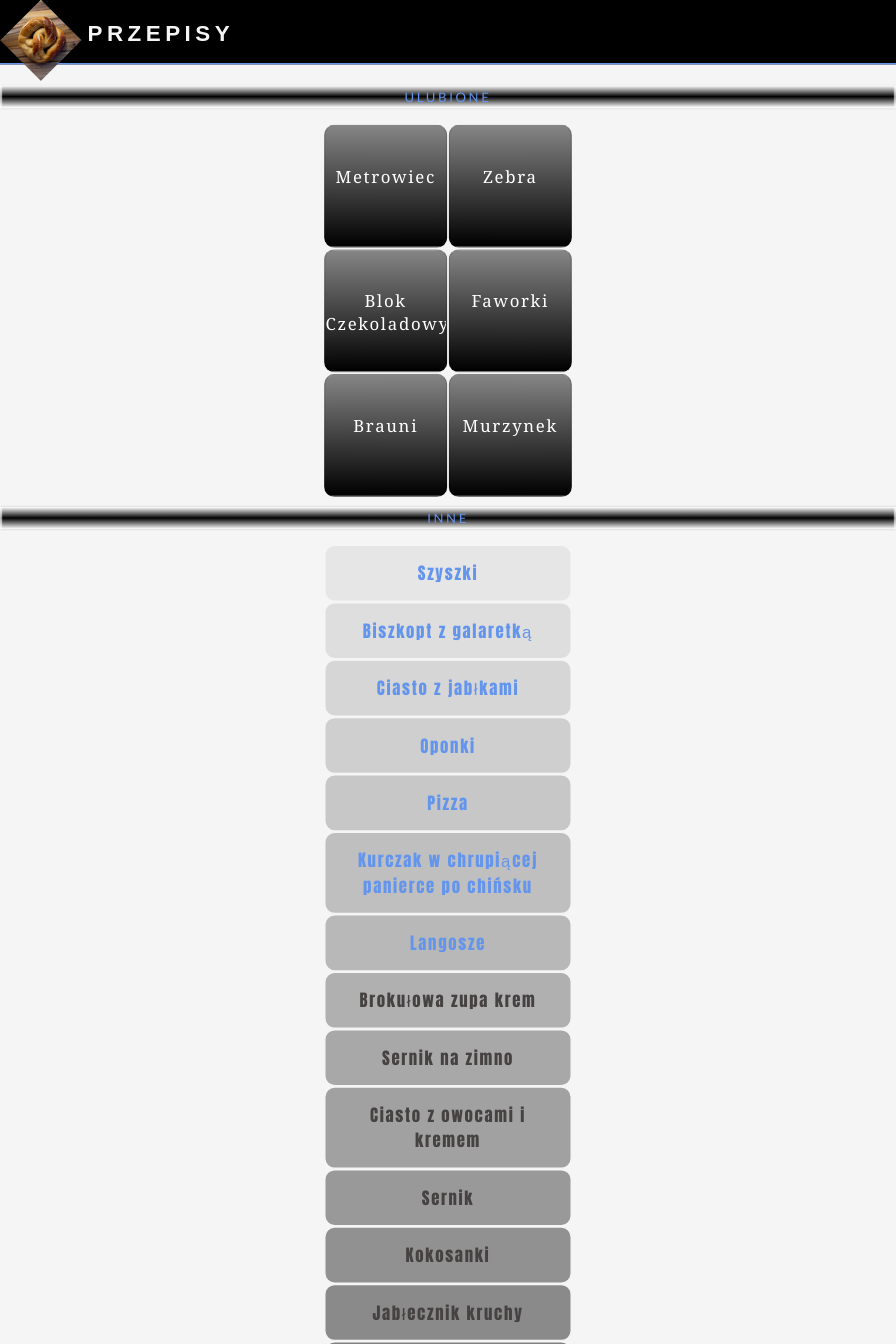
Repository: yaoayh/przepisy
Page: index.html
An editor plug-in stored every save of this project. The page is shown before and after the next save, followed by the edit.
The browser window is 1280 px wide. The pictures show the part of the page from y = 0 to 1920 px (the page is 3159 px tall), at 70% of full size.

Above is the page before, as saved 2020-08-14 00:43:13.

### index.html
<!DOCTYPE html>
<html>
    <head>
        <title>Przepisy</title>

        <meta charset="UTF-8">
        <meta name="viewport" content="width=device-width,
        initial-scale=1.0">
        <meta name="author" content="Dawid Litwin">

        <link rel="shortcut icon" href="images/icon.jpg">

        <link href="css/styles.css" type="text/css"
        rel="stylesheet" />
    </head>

    <body>
        <!--                HEADER                           -->
        <div id="header">
            <div class="picture">
                <a href="#top"><img src="images/precel.jpg" alt="precel"
                title="obrazek przedstawiajacy precel"
                width= "82,8" height= "82,8"></a>
            </div>
        <h1>Przepisy</h1>
        </div>


        <!--                    INFO 1                       -->

        <div class="info_Nr1">
            <h3>Ulubione</h3>
        </div>
        <!--                    SQARES                       -->

        <form class="head_Sqares">
            <!----------------------------------------------------------------------------------------------------------------------------------------------------------------------->
            <a class="m1" href="podstrony/metrowiec.html">
            <div class="sqares_Left">
                <p class="favorites">Metrowiec
                </p>
            </div></a>
            <a href="podstrony/Zebra.htm">
            <div class="sqares_Right">
                <p class="favorites">Zebra</p>
            </div></a>
            <!---->
            <a href="podstrony/blok_Czekoladowy.html"><div class="sqares_Left">
                <p class="bigger">Blok Czekoladowy</p>
            </div></a>
            <a href="podstrony/faworki.html"><div class="sqares_Right">
                <p>Faworki</p>
            </div></a>
            <!---->
            <a href="podstrony/brauni.html"> <div class="sqares_Left">
                <p>Brauni</p>
            </div></a>
            <a href="podstrony/murzynek.html"><div class="sqares_Right">
                <p>Murzynek</p>
            </div></a>
            <!----------------------------------------------------------------------------------------------------------------------------------------------------------------------->
        </form>
        <div class="info_Nr2">
            <h3>Inne</h3>
        </div>
        <!--            CZEŚĆ DRUGA                          -->

        <form class="main2">
            <a href="podstrony/szyszki.html"><div class="n1"><p class="p1">Szyszki</p></div></a>
            <a href="podstrony/biszkopt_z_galaretką.html"><div class="n2"><p class="p1">Biszkopt z galaretką</p></div></a>
            <a href="podstrony/ciasto_z_jablkami.html"><div class="n3"><p class="p1">Ciasto z jabłkami</p></div></a>
            <a href="podstrony/oponki.html"><div class="n4"><p class="p1">Oponki</p></div></a>
            <a href="podstrony/pizza.html"><div class="n5"><p class="p1">Pizza</p></div></a>
            <a href="podstrony/kurczak_po_chinsku.html"><div class="n6"><p class="p1">Kurczak w chrupiącej panierce po chińsku</p></div></a>
            <a href="podstrony/langosze.html"><div class="n7"><p class="p1">Langosze</p></div></a>
            <a href="podstrony/brokulowa_zupa_krem.html"><div class="n8"><p class="p1_Shadow">Brokułowa zupa krem</p></div></a>
            <a href="podstrony/sernik_na_zimno.html"><div class="n9"><p class="p1_Shadow">Sernik na zimno</p></div></a>
            <a href="podstrony/ciasto_z_owocami_i_kremem.html"><div class="n10"><p class="p1_Shadow">Ciasto z owocami i kremem</p></div></a>
            <a href="podstrony/sernik.html"><div class="n11"><p class="p1_Shadow">Sernik</p></div></a>
            <a href="podstrony/kokosanki.html"><div class="n12"><p class="p1_Shadow">Kokosanki</p></div></a>
            <a href="podstrony/jablecznik_kruchy.html"><div class="n13"><p class="p1_Shadow">Jabłecznik kruchy</p></div></a>
            <a href="podstrony/ciasto_kasi.html"><div class="n14"><p class="p1_Shadow">Ciasto Kasi</p></div></a>
            <a href="podstrony/ciasto_ucierane.html"><div class="n15"><p class="p1">Ciasto ucierane z owocami</p></div></a>
            <a href="podstrony/gofry.html"><div class="n16"><p class="p1">Gofry</p></div></a>
            <a href="podstrony/brauni.html"><div class="n17"><p class="p1">Brauni Kasi</p></div></a>
            <a href="podstrony/salatka_francuska.html"><div class="n18"><p class="p1">Sałatka francuska</p></div></a>
            <a href="podstrony/botwina.html"><div class="n19"><p class="p1">Botwina</p></div></a>
            <a href="podstrony/nalewka.html"><div class="n20"><p class="p1">Nalewka</p></div></a>
            <a href="podstrony/salatka_zolta.html"><div class="n21"><p class="p1">Sałatka żółta</p></div></a>
            <a href="podstrony/ogorki_konserwowe.html"><div class="n22"><p class="p1">Ogórki konserwowe</p></div></a>
            <a href="podstrony/zacierki.html"><div class="n23"><p class="p1">Zacierki</p></div></a>
            <div class="n24"><p class="p1">Zupa serowa z pulpetami</p></div>
            <a href="podstrony/sos_beszamelowy_zapiekany.html"><div class="n25"><p class="p1">Sos beszamelowy Zapiekany</p></div></a>
            <a href="podstrony/kurczak_z_antylii.html">
                <div class="n26">
                    <p class="p1">Kurczak z Antylii</p>
                </div>
            </a>
            <br>

        </form>
        <br><br><br>

        <!--            PRAWA AUTORIESKIE                    -->

        <form class="bottom">
            <strong> <q>Precel</q>
                by <a class="a_Bottom" href="https://www.flickr.com/photos/ajay_suresh/">ajay_suresh</a>
        </strong>
        </form>


    </body>
</html>

### css/styles.css

html{overflow: scroll;}
body {
    height: auto;
	margin: 0px;
    background-color: whitesmoke;
}

/*                      Nagłówek                    */
body.body_Undersite{
    padding: 5px;
}
#header {
    top: 0px;
    width: 100%;
    height: 90px;
    position: fixed;
    background-color: black;
    border-bottom: 2px solid cornflowerblue;}

.picture{
    margin: 16px;
    float: left;
    width: 82px;
    transform: rotate(45deg);}

h1 {
    text-transform: uppercase;
    font-family: Arial, Helvetica, sans-serif;
    letter-spacing: 0.2em;
    font-style: normal;
    color: whitesmoke;
    padding: 30px 30px 30px 15px;
    margin-left: 110px;
    margin-top: 0px;}


/*                  CZESC II                    */
form.main2{
    margin: auto;
    height: auto; /*531px;*/
    width: 354px;/*354px;*/
    background-color: whitesmoke;
    padding: 5px;}
.info_Nr1, .info_Nr2{
    background-image: linear-gradient( whitesmoke,black, whitesmoke);
    border: 12px 12px 12px 12px;
    border-color: white;
    border-style: double;
    text-align: center;
    margin-top: 120px;
    margin-bottom: 15px;
}

h3 {
    font-weight: normal;
    color: cornflowerblue;
    font-family: "Gill Sans", Arial, sans-serif;
    text-transform: uppercase;
    text-align: center;
    padding: 4px;
    margin: 0px;
    letter-spacing: 0.2em;}

/*                      BLOKI                   */

form.head_Sqares {
    margin: auto;
    height: 531px; /*531px;*/
    width: 354px;/*354px;*/
    background-color: whitesmoke;
    padding: 5px;}

.sqares_Left, .sqares_Right {
    text-decoration: none;
    border-radius: 15px;
    margin-top: 2px;
    width: 172px;
    height: 172px;
    background-image: linear-gradient(rgb(133, 133, 133), black);
    color: white;
    overflow: auto;
    border: 2px solid rgba(0, 0, 0, .1);
    border-top: 2px solid rgb(133, 133, 133);

}
.sqares_Left{
    float: left;
    }
/* .first_Choice{color: cornflowerblue;} */
.sqares_Right{
    float: right ;
    clear: right;}
p {

    border-radius: 5px;
    text-decoration: none;
    padding-top: 55px;
    text-align: center;
    font-family: Georgia, 'Times New Roman', Times, serif;
    font-size: x-large;
    letter-spacing: 0.10em;
    margin:0px;}
p.p1_Shadow{padding: 21px; color: rgb(70, 66, 66);
    font-family: Impact, Haettenschweiler, 'Arial Narrow Bold', sans-serif;
text-decoration: none;}
p.p1{
    font-family: Impact, Haettenschweiler, 'Arial Narrow Bold', sans-serif;
    text-decoration: none;
    padding: 21px;
    color: cornflowerblue;}
#bigger {
    font-size: 9px;
    padding: 0px 0px;}
.info_Nr2 {margin-top: 10px;}

.n1,.n2,.n3,.n4,.n5,.n6,.n7,.n8,.n9,.n10,.n11,.n12,.n13,.n14,.n15,.n16,.n17,.n18,.n19,.n20,.n21,.n22,.n23,.n24,.n25,.n26,.n27{
    border-radius: 15px;
    border: 2px solid whitesmoke;
    clear: both;}
div.n1 {

    background-color: hsl(0, 0%, 90%);
}
.n2{
    background-color: hsl(0,0%,87%);
}
.n3{
    background-color: hsl(0, 0%, 84%);
}
.n4{
    background-color: hsl(0, 0%, 81%);
}
.n5{
    background-color: hsl(0, 0%, 78%);
}
.n6{
    background-color: hsl(0, 0%, 75%);
}
.n7{
    background-color: hsl(0, 0%, 72%);
}
.n8{
    background-color: hsl(0, 0%, 69%);
}
.n9{
    background-color: hsl(0, 0%, 66%);
}
.n10{
    background-color: hsl(0, 0%, 63%);
}
.n11{
    background-color: hsl(0, 0%, 60%);
}
.n12{
    background-color: hsl(0, 0%, 57%);
}
.n13{
    background-color: hsl(0, 0%, 54%);
}
.n14{
    background-color: hsl(0, 0%, 51%);
}
.n15{
    background-color: hsl(0, 0%, 48%);
}
.n16{
    background-color: hsl(0, 0%, 45%);
}
.n17{
    background-color: hsl(0, 0%, 42%);
}
.n18{
    background-color: hsl(0, 0%, 39%);
}
.n19{
    background-color: hsl(0, 0%, 36%);
}
.n20{
    background-color: hsl(0, 0%, 33%);
}
.n21{
    background-color: hsl(0, 0%, 30%);
}
.n22{
    background-color: hsl(0, 0%, 27%);
}
.n23{
    background-color: hsl(0, 0%, 24%);
}
.n24{
    background-color: hsl(0, 0%, 21%);
}
.n25{
    background-color: hsl(0, 0%, 18%);
}
.n26{
    background-color: hsl(0, 0%, 15%);
}
.n27{background-color: hsl(0, 0%, 12%);}


/*                  PRAWA AUTORSKIE             */
.a_Bottom {
    text-decoration: none;
    color: white;
    text-decoration-line: underline;
}
.bottom {
    padding: 5px;
    text-decoration: none;
    background-color: black;
    color: white;
}
/**************************************************************************************/

#header_Undersite {
    top: 0px;
    width: 100%;
    height: 90px;
    position: fixed;
    background-color: black;
    border-bottom: 2px solid cornflowerblue;}
h1.h1_Undersite {
    letter-spacing: 0.15em;
}

a.m1:visited{
    color: cornflowerblue;
}
a {

    text-decoration: whitesmoke;

}
a:visited{
    color: whitesmoke;
}
a:hover{
    text-decoration: none;
    background-color: aquamarine;
    color: cyan;
}
td{
    font-size: large;
    text-decoration: solid;
    font-family: Arial, Helvetica, sans-serif;
    padding: 5px;
    background-color: cornflowerblue;
    border-radius: 5px;

}
form.form_Undersite{
    margin-top: 120px;
    background-color: rgb(245, 245, 245);
}
.name{
    max-width: 400px;
    border-radius: 35px;
    border: 8px double cornflowerblue;
    background-color: hsl(245,0%,95%);
    padding: 5px 0px 5px 5px;
    margin: 5px;}

h2 {
    text-align: left;
    font-size: x-large;
    text-transform: uppercase;
    font-family: Arial, Helvetica, sans-serif;
    letter-spacing: 0.2em;
    font-style: normal;
    color: whitesmoke;
    padding: 30px;
    border: 1px solid cornflowerblue;
    border-radius: 0px 20px 20px 0px;
    max-width: 120px;
    background-color: cornflowerblue;
    }
table {

    margin-right: 0px;
    padding: 10px 0px 10px 0px;
}
tr{
    empty-cells: hide;
}
td {
    width: 60px;
    background-color: hsl(0,0%,87%);
    border-radius: 10px;
    padding: 10px 5px 10px 10px;
    text-align: right;
    font-weight: bold;
}
td.table2{
    width: auto;
    background-color: cornflowerblue;
    border-radius: 50px;
    font-weight: normal;
    padding: 10px 10px 10px 10px;
    text-align: left;
}
ol{
    padding: 10px 0px 10px 0px;
    margin: 25px;
    border-radius: 20px;
    background-color: hsl(0,0%,87%);
}
li {

    font-family: Arial, Helvetica, sans-serif;
    font-size: large;
    padding: 15px 5px 10px 5px;
}
.ps{
    background-color: hsl(0,0%,87%);
    margin: 5px;
    border: 4px double cadetblue;
    border-radius: 5px;
    padding: 5px;
}

After the next save:
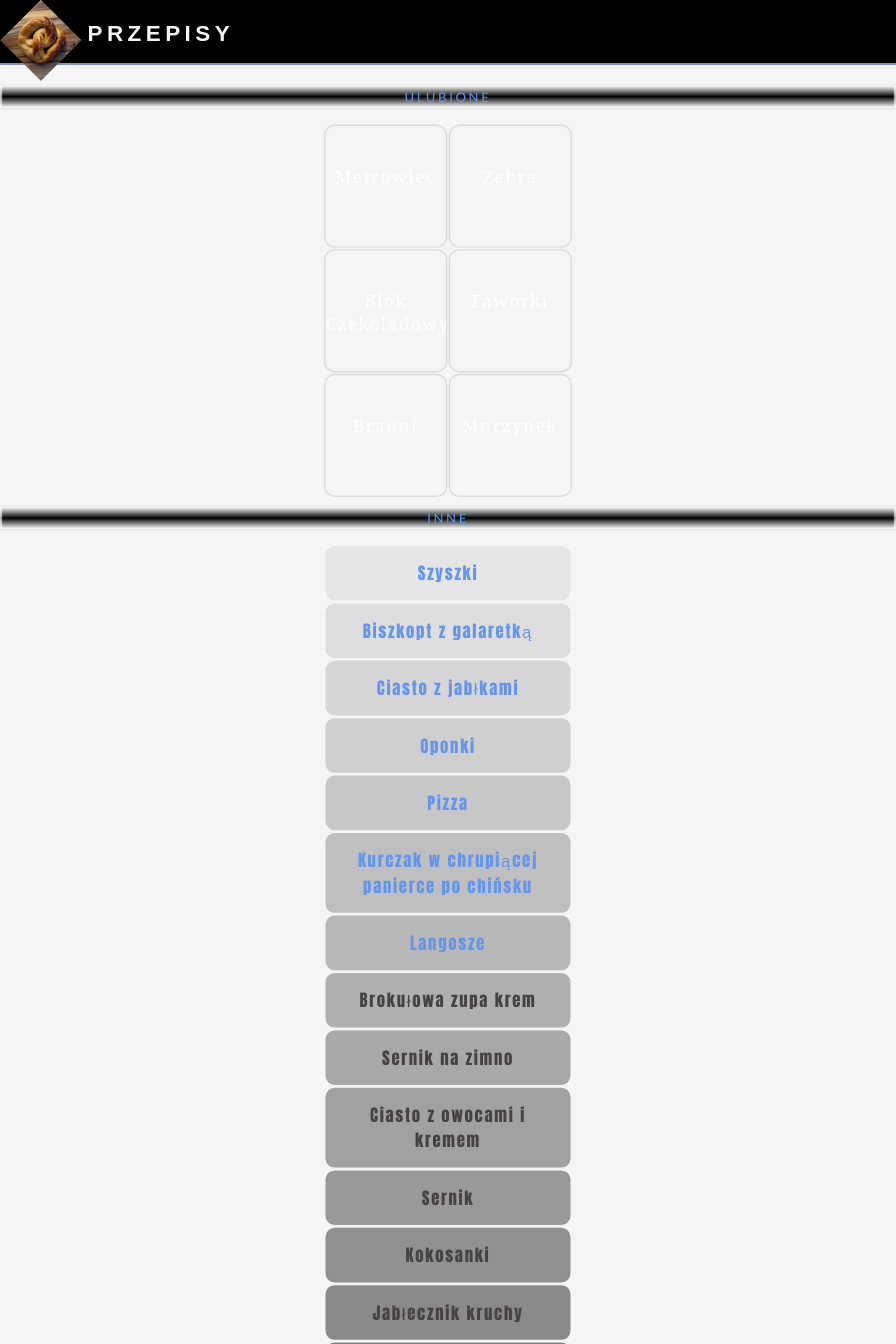
Saved 40 s later.
--- a/css/styles.css
+++ b/css/styles.css
@@ -77,11 +77,11 @@ form.head_Sqares {
     margin-top: 2px;
     width: 172px;
     height: 172px;
-    background-image: linear-gradient(rgb(133, 133, 133), black);
+    background-image: linear-gradient(whitesmoke(133, 133, 133), black);
     color: white;
     overflow: auto;
     border: 2px solid rgba(0, 0, 0, .1);
-    border-top: 2px solid rgb(133, 133, 133);
+    /* border-top: 2px solid rgb(133, 133, 133); */
 
 }
 .sqares_Left{
